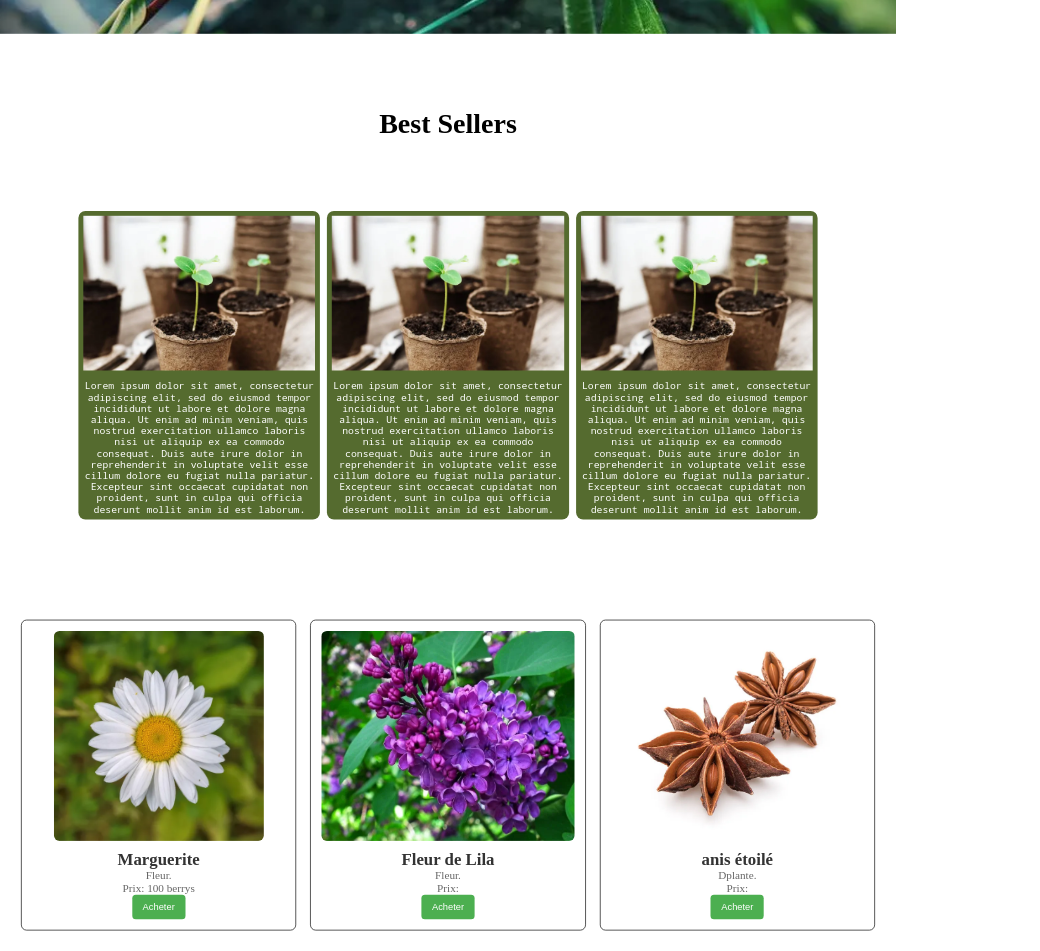
Repository: Flexo874/ISITECH-HTML-CSS
Page: index.html
These files come from the project's save history. The page is drawn as it stood at one moment and after the next save; the edit follows.
The browser window is 1280 px wide. The page is 1280 px wide, then 1485 px, then 1280 px, so the pictures cover 1485 px, including what lies to the right of the window. The pictures show the part of the page from y = 606 to 2246 px (the page is 1965 px tall before and 2246 px after), at 70% of full size.

Above is the page before, as saved 2024-01-02 18:55:35.

### index.html
<!DOCTYPE html>
<html>
<head>
    <title>Navigation Bar</title>
     <link rel="stylesheet" type="text/css" href="./style.css">
</head>
<body>
    <ul>
        <li><a href="#home">Home</a></li>
        <li><a href="#news">News</a></li>
        <li><a href="#contact">Contact</a></li>
        <li><a href="#about">About</a></li>
    </ul>


    <div class="plant-img">
        <!-- Grande image à afficher en dessous de la barre de navigation -->
        <img src="images/Step-8-If-You-Want-You-Can-Train-Your-Cannabis-Plants-To-Increase-Yield.webp">
    </div>

    <h1 > Best Sellers</h1>



    <div class="container">

            <div class="item">
                <a>
                <img src="images/semis-prêt-à-être-planté-dans-le-jardin.webp" alt="Logo">
                <p>Lorem ipsum dolor sit amet, consectetur adipiscing elit, sed do eiusmod tempor incididunt ut labore et dolore magna aliqua. Ut enim ad minim veniam, quis nostrud exercitation ullamco laboris nisi ut aliquip ex ea commodo consequat. Duis aute irure dolor in reprehenderit in voluptate velit esse cillum dolore eu fugiat nulla pariatur. Excepteur sint occaecat cupidatat non proident, sunt in culpa qui officia deserunt mollit anim id est laborum.</p>
                </a>
            </div>
            <div class="item">
                <a>
                <img src="images/semis-prêt-à-être-planté-dans-le-jardin.webp" alt="Logo">
                <p>Lorem ipsum dolor sit amet, consectetur adipiscing elit, sed do eiusmod tempor incididunt ut labore et dolore magna aliqua. Ut enim ad minim veniam, quis nostrud exercitation ullamco laboris nisi ut aliquip ex ea commodo consequat. Duis aute irure dolor in reprehenderit in voluptate velit esse cillum dolore eu fugiat nulla pariatur. Excepteur sint occaecat cupidatat non proident, sunt in culpa qui officia deserunt mollit anim id est laborum.</p>
                </a>
            </div>
            <div class="item">
                <a>
                <img src="images/semis-prêt-à-être-planté-dans-le-jardin.webp" alt="Logo">
                <p>Lorem ipsum dolor sit amet, consectetur adipiscing elit, sed do eiusmod tempor incididunt ut labore et dolore magna aliqua. Ut enim ad minim veniam, quis nostrud exercitation ullamco laboris nisi ut aliquip ex ea commodo consequat. Duis aute irure dolor in reprehenderit in voluptate velit esse cillum dolore eu fugiat nulla pariatur. Excepteur sint occaecat cupidatat non proident, sunt in culpa qui officia deserunt mollit anim id est laborum.</p>
                </a>
            </div>
    </div>

    <section class="produits">
        <!-- Produit 1 -->
        <div class="produit">
            <img src="images/Leucanthemum_vulgare.webp" alt="Produit 1">
            <h3>Marguerite</h3>
            <p>Fleur.</p>
            <p>Prix: 100 berrys</p>
            <button>Acheter</button>
        </div>
        <div class="produit">
            <img src="images/1676375528_249_Belle-signification-et-symbolisme-de-la-couleur-de-la-fleur.webp" alt="Produit 1">
            <h3>Fleur de Lila</h3>
            <p>Fleur.</p>
            <p>Prix: </p>
            <button>Acheter</button>
        </div>
        <div class="produit">
            <img src="images/anis-étoilé-spice-de-fruits-et-de-graines-isolé-sur-fond-blanc.webp" alt="Produit 1">
            <h3>anis étoilé</h3>
            <p>Dplante.</p>
            <p>Prix: </p>
            <button>Acheter</button>
        </div>

    </section>





</body>
</html>

### style.css
* {
  margin: 0;
  padding: 0;
}
ul {
  list-style-type: none;
  margin: 0;
  padding: 0;
  overflow: hidden;
  background-image: linear-gradient(
    109.6deg,
    rgba(61, 131, 97, 1) 11.2%,
    rgba(28, 103, 88, 1) 91.1%
  );
  display: flex;
  list-style: none;
  box-sizing: border-box;
  justify-content: center;
}

li {
  position: relative;
}

li a {
  display: block;
  color: white;
  text-align: center;
  padding: 18px 16px;
  text-decoration: none;
  font-size: 15px;
  transition: 0.4s ease-in-out;
  position: center;
  font-family: "Noto Mono", monospace;
}

li a:hover {
  background-color: #111;
  border-radius: 5px;
}

.plant-img img {
  width: 100%;
  height: 600px;
  object-fit: cover;
  overflow: hidden;
}

h1 {
  padding: 40px;
  padding-bottom: 0;
  margin-bottom: 0;
  margin-top: 60px;
  text-align: center;
  font-weight: bold;
  font-size: 40px;
}

.container {
  display: flex;
  grid-template-columns: repeat(3, 1fr);
  grid-auto-rows: minmax(300px, auto);
  gap: 10px;
  padding: 10px;
  margin-top: 0;
  margin: 8%;
  padding-top: 0;
}

.item {
  align-items: center;
  justify-content: center;
  border-radius: 10px;
  display: flex;
  justify-content: center;
  align-items: center;
  background-color: #556b2f;
}

.item a {
  margin: 7px;
}

.item a:hover {
  color: white;
}

.item img {
  max-width: 100%;
  height: auto;
}

.item p {
  margin-top: 10px;
  text-align: center;
  color: white;
  font-family: "Noto Mono", monospace;
  font-size: 14px;
}

.produits {
  display: flex;
  flex-wrap: wrap;
  justify-content: space-around;
  padding: 20px;
}

.produit {
  background-color: #fff;
  border: 1px solid #ddd;
  border-radius: 8px;
  border-color: #111;
  margin: 10px;
  padding: 15px;
  text-align: center;
  transition: transform 0.3s ease-in-out;
  width: calc(33.33% - 20px);
  box-sizing: border-box;
  text-align: center;
  transition: transform 0.3s ease-in-out;
}

.produit:hover {
  transform: scale(1.05);
}

.produit img {
  max-width: 100%;
  height: 300px;
  border-radius: 8px;
}

.produit h3 {
  margin-top: 10px;
  font-size: 1.5em;
  color: #333;
}

.produit p {
  color: #666;
}

.produit button {
  background-color: #4caf50;
  color: #fff;
  padding: 10px 15px;
  border: none;
  border-radius: 5px;
  cursor: pointer;
}

.produit button:hover {
  background-color: #45a049;
}

After the next save:
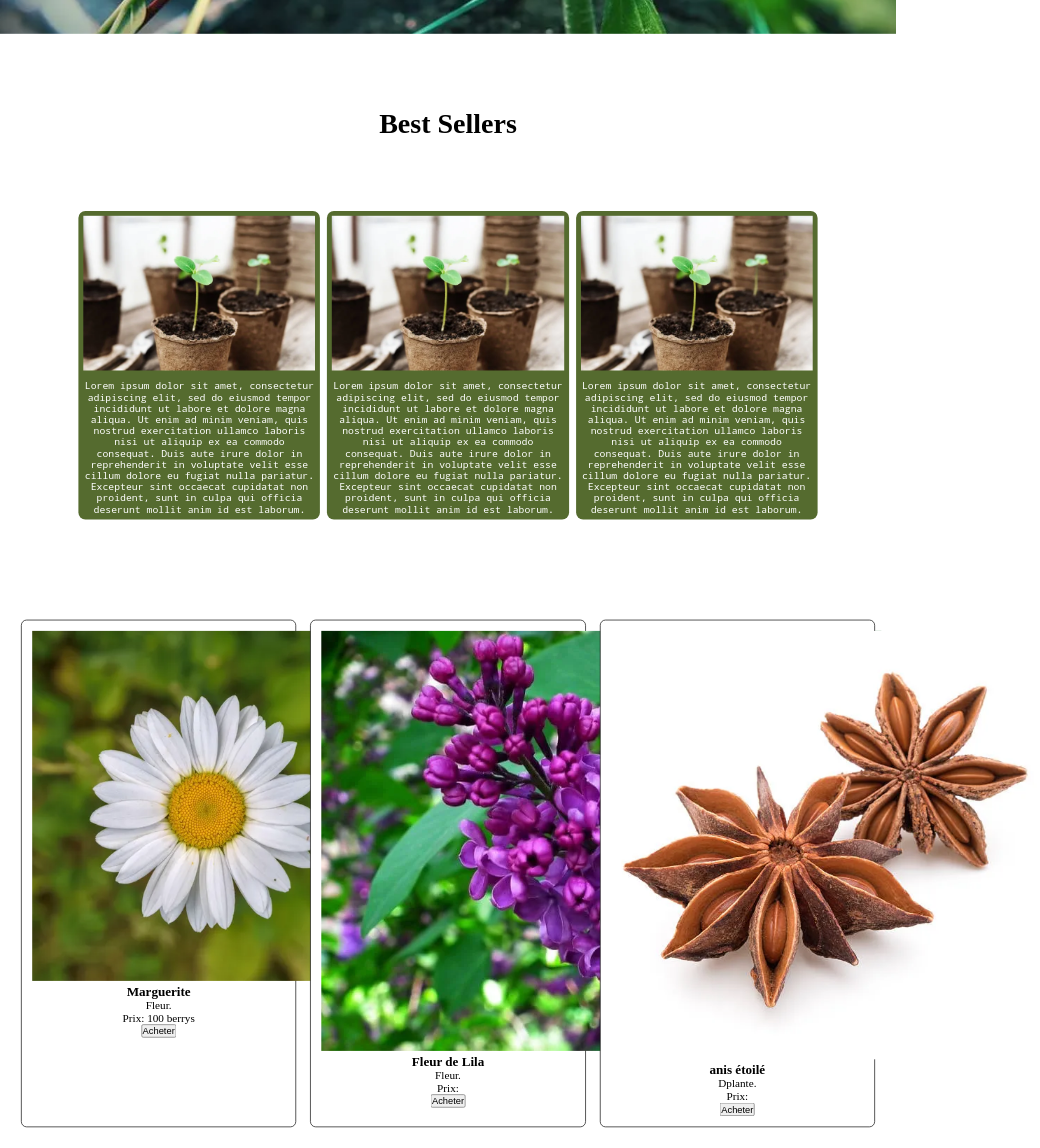
Saved 4 s later.
--- a/style.css
+++ b/style.css
@@ -116,9 +116,7 @@ h1 {
   transition: transform 0.3s ease-in-out;
   width: calc(33.33% - 20px);
   box-sizing: border-box;
-  text-align: center;
-  transition: transform 0.3s ease-in-out;
-}
+
 
 .produit:hover {
   transform: scale(1.05);

After the 2 saves that followed:
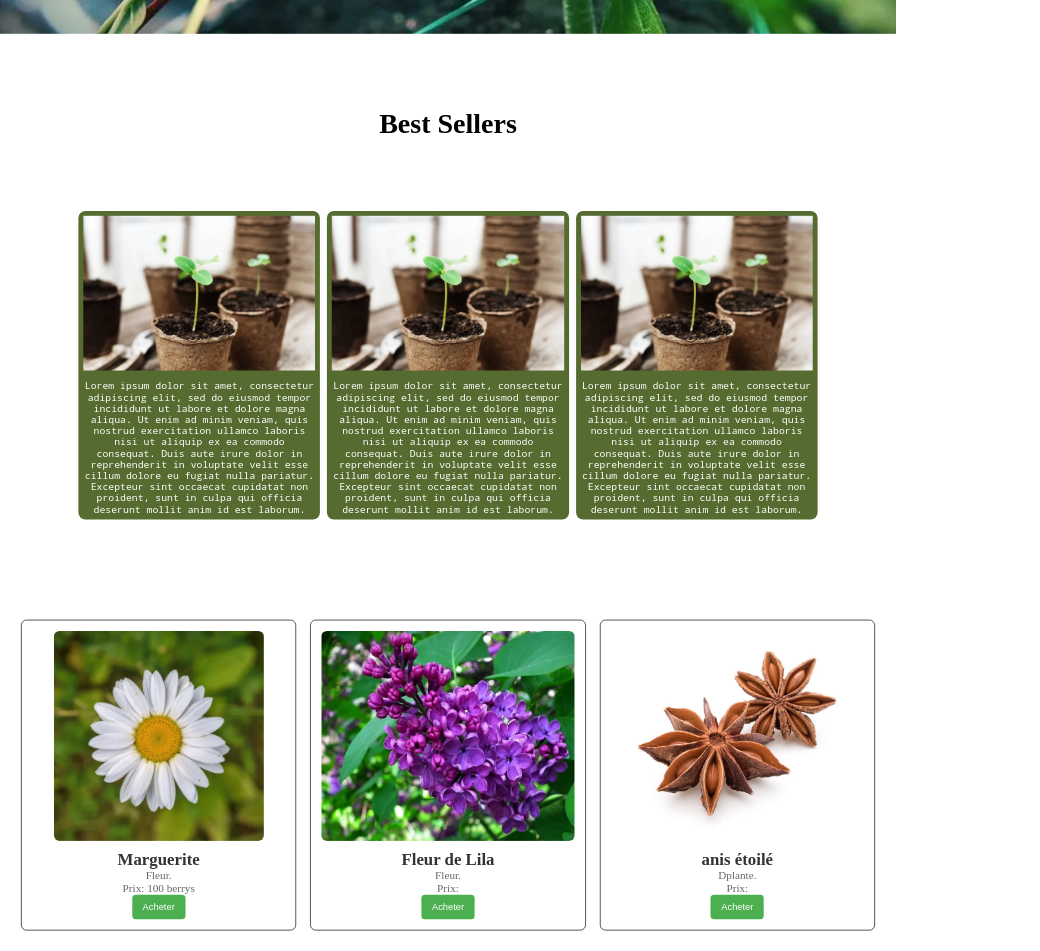
The 2 saves are shown as one change because they came seconds apart.
The last was saved 7 s later.
--- a/style.css
+++ b/style.css
@@ -116,6 +116,7 @@ h1 {
   transition: transform 0.3s ease-in-out;
   width: calc(33.33% - 20px);
   box-sizing: border-box;
+}
 
 
 .produit:hover {
